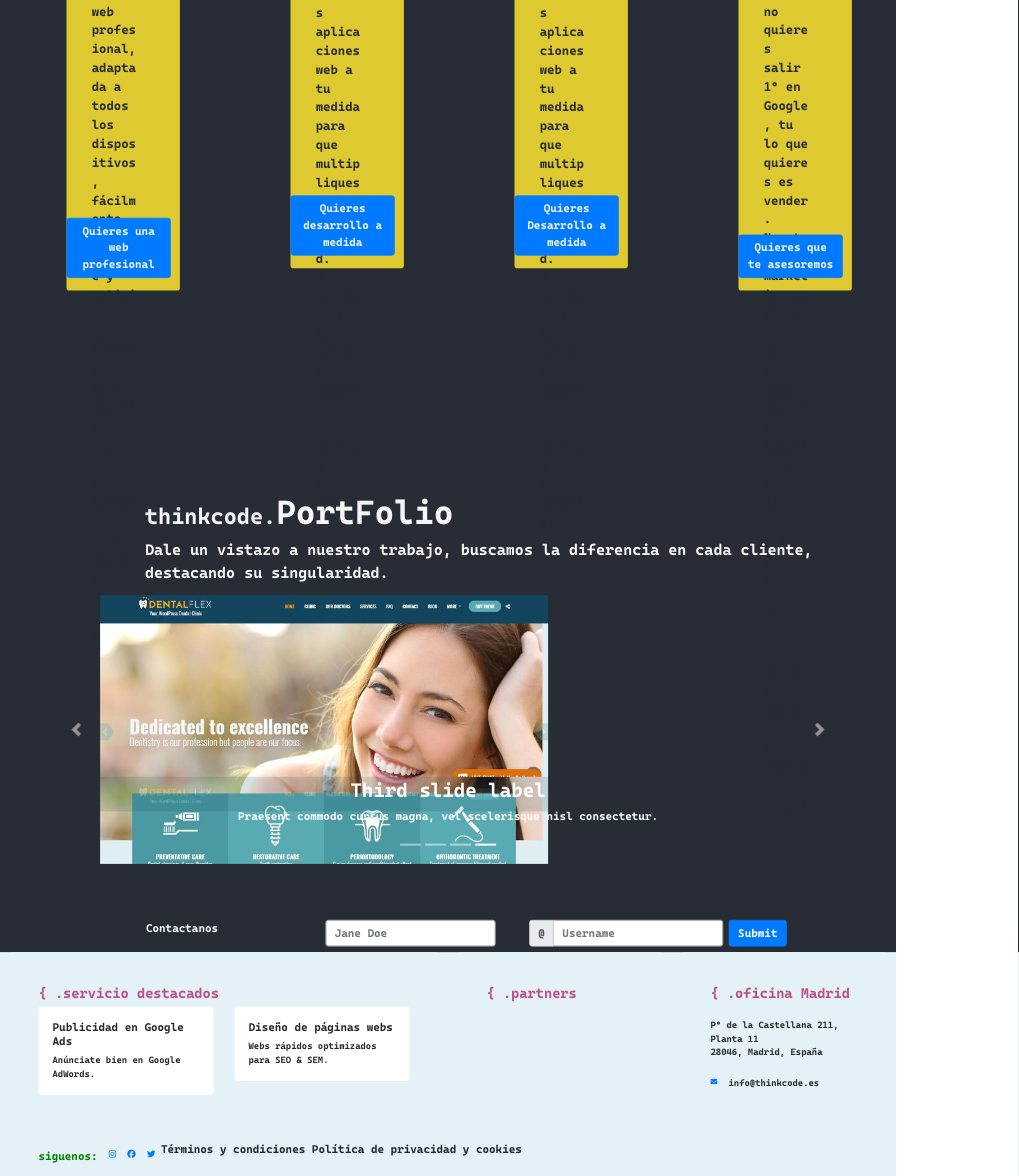
Repository: banchiec/thinkcode
Page: /
An editor plug-in stored every save of this project. The page is shown before and after the next save, followed by the edit.
The browser window is 1280 px wide. The page is 1455 px wide, so the pictures cover 1455 px, including what lies to the right of the window. The pictures show the part of the page from y = 1533 to 3213 px (the page is 3213 px tall), at 70% of full size.
Some web libraries are served in a nearby version. The project was rebuilt for these pictures with package versions that can differ from the ones it lists, and the page was loaded fresh each time. A package was used in the major version that the imports need, not the one package.json lists. Also part of the build but not shown: src/components/MenuItems.js, src/components/Dropdownthink.css, src/components/Dropdownthink.js, src/components/pages/Consulting.js, src/components/pages/ContactUs.js, src/components/pages/Marketing.js, src/components/pages/Products.js, src/components/pages/Services.js and 1 more. Imported but missing from the stored project, and not drawn on this page: src/components/sliderInfo/SliderInfo.

Above is the page before, as saved 2020-11-30 14:20:49.

After the next save:
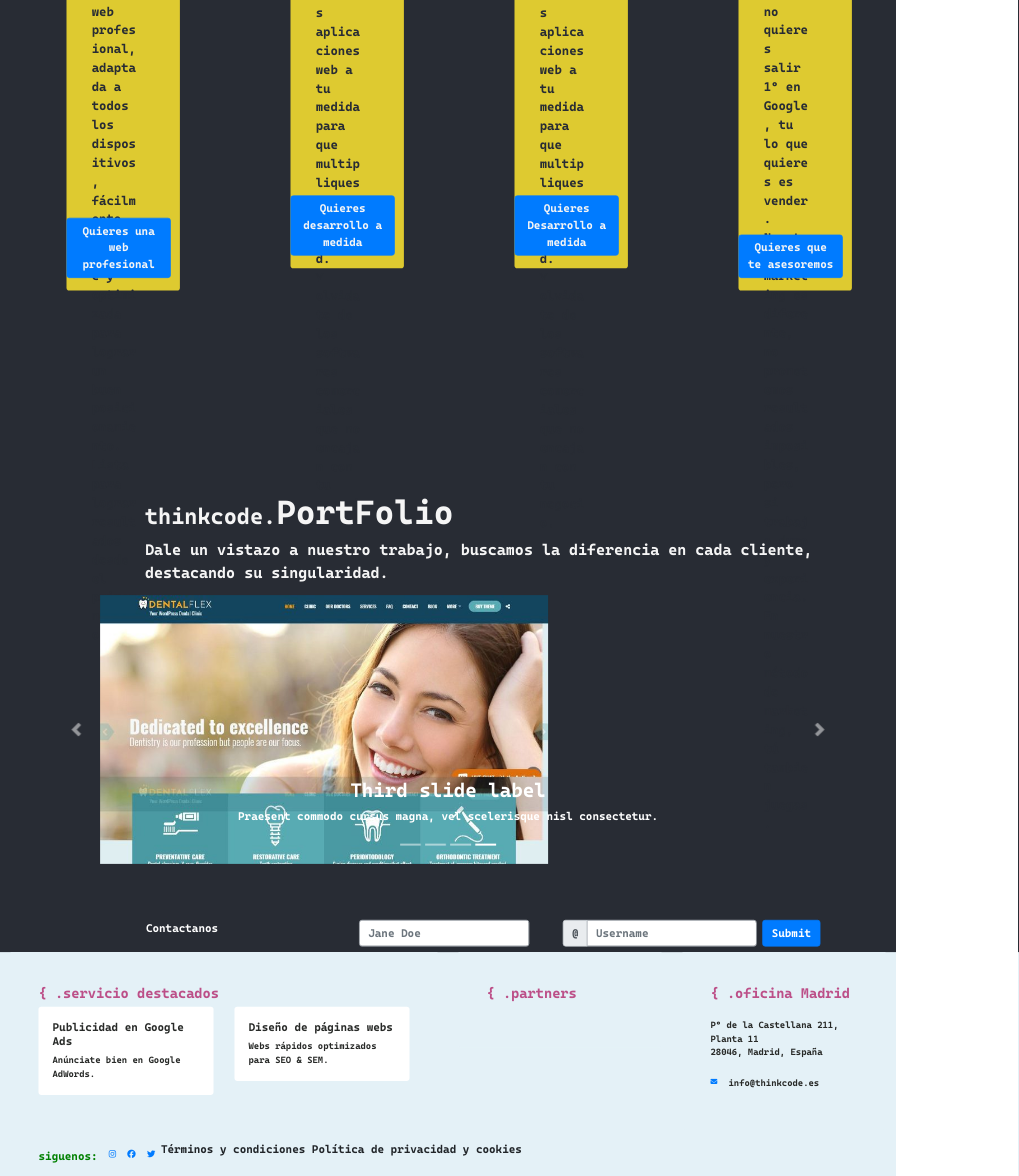
Saved 16 s later.
--- a/src/components/forms/FormContact.js
+++ b/src/components/forms/FormContact.js
@@ -17,7 +17,7 @@ export default function FormContact() {
                                 Name
                             </Form.Label>
                             <Form.Control
-                                className="mb-2 mr-sm-5"
+                                className="mb-2 mr-sm-5 ml-5"
                                 id="inlineFormInputName2"
                                 placeholder="Jane Doe"
                             />
